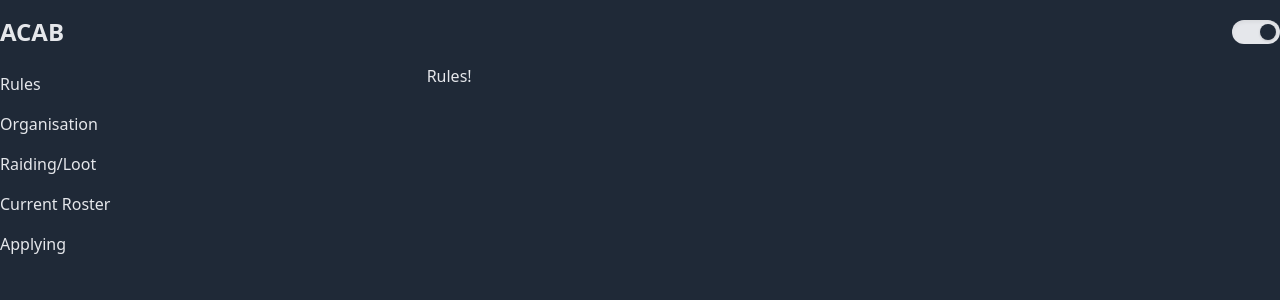
Repository: eaang/catguild_frontend
Page: /rules
The author's editor kept a copy of each file at every save. The page is drawn from the files as they stood at one save, then again after a run of saves.
The browser window is 1280 px wide. The pictures show the whole page.
The project was rebuilt for these pictures with package versions that can differ from the ones it lists, and the page was loaded fresh each time. The framework's server and built-in components were replaced by stand-ins that run in the browser. Also part of the build but not shown: nuxt.config.js, components/ContentBox.vue, components/ContentEditor.vue, components/ImageBox.vue, components/SidebarMain.vue, components/SidebarSub.vue, components/TheFoooter.vue, components/icons/ChevronDown.vue and 20 more. Imported but missing from the stored project, and not drawn on this page: apollo/queries/categories/category.

Above is the page before, as saved 2021-04-02 19:11:37.

After the next 2 saves:
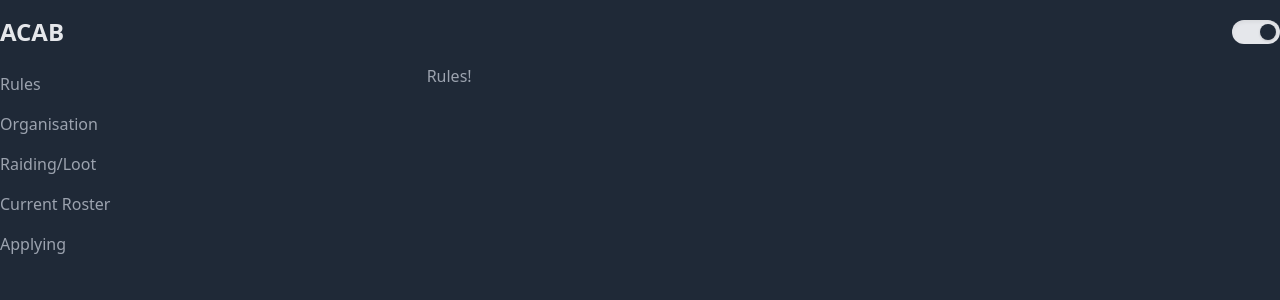
The 2 saves are shown as one change because they came seconds apart.
The last was saved 16 s later.
--- a/layouts/default.vue
+++ b/layouts/default.vue
@@ -1,7 +1,7 @@
 <template>
   <div :class="{ dark: darkTheme }">
     <div
-      class="relative pt-16 h-screen theme bg-gray-200 text-gray-800 dark:bg-gray-800 dark:text-gray-200 transition duration-200"
+      class="relative pt-16 h-screen theme bg-gray-400 text-gray-800 dark:bg-gray-800 dark:text-gray-400 transition duration-200"
     >
       <TheHeader class="absolute inset-x-0 top-0" />
       <div class="container h-full">
